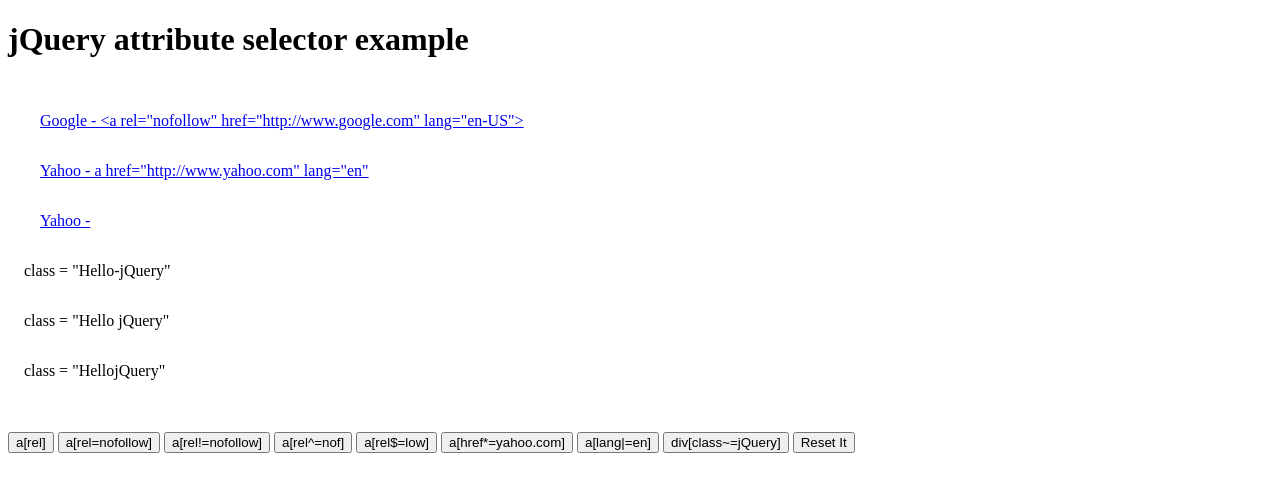
Repository: sudheerj/jQuery
Page: jQueryExamples/chapter02/AttributeSelectors.html
These files come from the project's save history. The page is drawn as it stood at one moment and after the next save; the edit follows.
The browser window is 1280 px wide. The pictures show the whole page.

Above is the page before, as saved 2016-10-21 02:38:36.

After the next save:
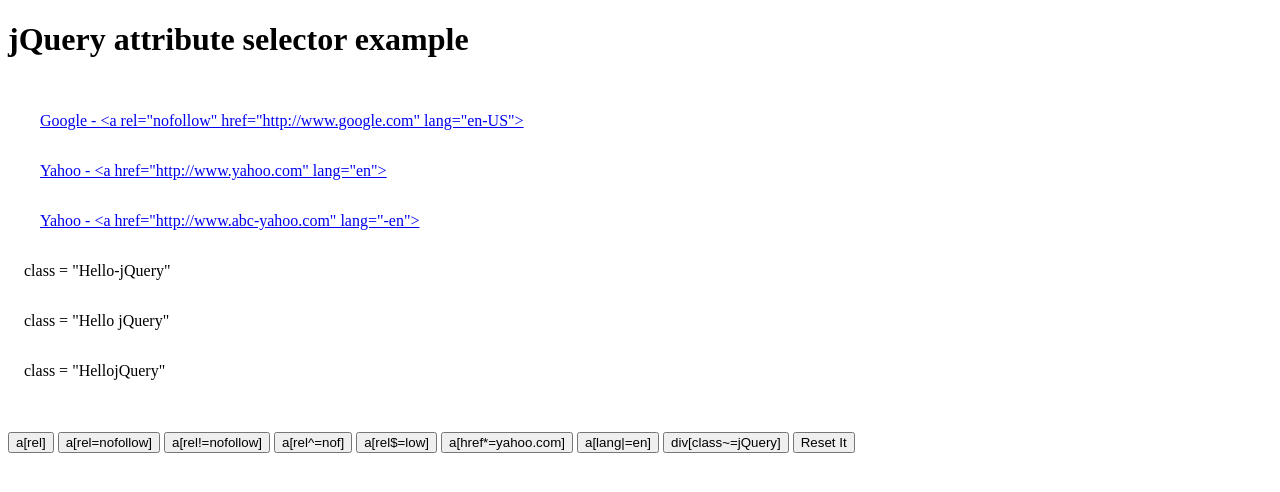
Saved 39 s later.
--- a/jQueryExamples/chapter02/AttributeSelectors.html
+++ b/jQueryExamples/chapter02/AttributeSelectors.html
@@ -29,13 +29,13 @@
 
 <div>
     <a href="http://www.yahoo.com" lang="en">
-     Yahoo - a href="http://www.yahoo.com" lang="en"
+     Yahoo - &lt;a href="http://www.yahoo.com" lang="en"&gt;
     </a>
 </div>
 
 <div>
     <a href="http://www.abc-yahoo.com" lang="-en">
-     Yahoo - <a href="http://www.abc-yahoo.com" lang="-en">
+     Yahoo - &lt;a href="http://www.abc-yahoo.com" lang="-en"&gt;
     </a>
 </div>
 
